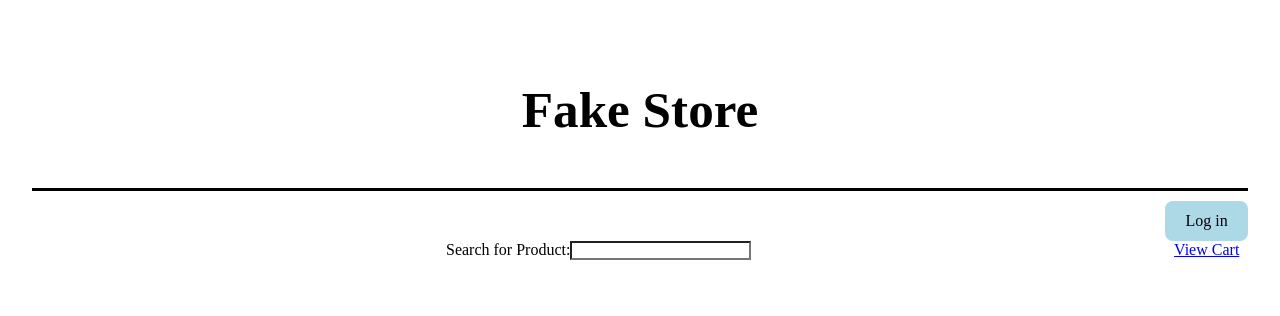
Repository: Andres513/CapStone
Page: /
These files come from the project's save history. The page is drawn as it stood at one moment and after the next save; the edit follows.
The browser window is 1280 px wide. The pictures show the whole page.
The page's requests for data from a server got no answer. The project was rebuilt for these pictures with package versions that can differ from the ones it lists, and the page was loaded fresh each time. No one was signed in, and anything a server would have sent is missing. Also part of the build but not shown: vite.config.js, src/components/Login.jsx, src/components/Cart.jsx, src/components/SingleProduct.jsx, src/components/ProductsByCategory.jsx, src/components/LoggedOut.jsx, src/components/Checkout.jsx.

Above is the page before, as saved 2024-04-11 11:26:58.

### index.html
<!doctype html>
<html lang="en">
  <head>
    <meta charset="UTF-8" />
    <link rel="icon" type="image/svg+xml" href="/vite.svg" />
    <meta name="viewport" content="width=device-width, initial-scale=1.0" />
    <title>Fake Store!</title>
  </head>
  <body>
    <div id="root"></div>
    <script type="module" src="/src/main.jsx"></script>
  </body>
</html>

### src/App.jsx
import { useState } from 'react'
import FetchProducts from './components/FetchProducts'
import './App.css'
import { Routes, Route } from 'react-router-dom'
import Login from './components/Login'
import SingleProduct from './components/SingleProduct'
import ProductsByCategories from './components/ProductsByCategory'
import Cart from './components/Cart'
import { CartProvider } from './components/CartContext'
import LogOut from './components/LoggedOut'
import Checkout from './components/Checkout'

function App() {
  const [token, setToken] = useState(null)
  const [products, setProducts] = useState([])
  const [price, setPrice] = useState('')
  const [email, setEmail] = useState('')
  const [password, setPassword] = useState('')
  const [isLoggedIn, setIsLoggedIn] = useState(false)
  const [loggedOut, setLoggedOut] = useState(false)

  const handleSetToken = (newToken) => {
    setToken(newToken)
    setIsLoggedIn(true)
  }
  const handleSetProducts = (newProducts) => {
    setProducts(newProducts)
  }
  const handleSetPrice = (newPrice) => {
    setPrice(newPrice)
  }
  const handleLogout = () => {
    setToken(null)
    setIsLoggedIn(false)
    setLoggedOut(true)
  }
  return (

    <CartProvider isLoggedIn={isLoggedIn}>
      <>
        <Routes>
          <Route path="/login" element={<Login token={token} setToken={handleSetToken} email={email} setEmail={setEmail} password={password} setPassword={setPassword} isLoggedIn={isLoggedIn} setIsLoggedIn={setIsLoggedIn} handleLogout={handleLogout} />} />
          <Route path="/" element={<FetchProducts token={token} setToken={handleSetToken} products={products} setProducts={handleSetProducts} price={price} setPrice={handleSetPrice} isLoggedIn={isLoggedIn} handleLogout={handleLogout} loggedOut={loggedOut} setLoggedOut={setLoggedOut} />} />
          <Route path="/products/:id" element={<SingleProduct token={token} isLoggedIn={isLoggedIn} />} />
          <Route path="/category/:category" element={<ProductsByCategories products={products} setProduct={handleSetProducts} />} />
          <Route path="/cart" element={<Cart isLoggedIn={isLoggedIn} />} />
          <Route path="/logout" element={<LogOut />} />
          <Route path="/checkout" element={<Checkout/>}/>
        </Routes>
      </>
    </CartProvider>
  )
}

export default App

### src/index.css

* {
  margin: 0;
  padding: 0;
  box-sizing: border-box;
}
h1 {
  font-size: 3.2em;
  line-height: 1.1;
  padding-top: 50px;
  padding-bottom: 50px;
  border-bottom: 3px solid black;
}
input {
  background-color: white;
}
img {
  width: 70%;
  height: 70%;
}
.single-product > img {
  height: 60%;
  width: 60%;
  padding-top: 50px;
  padding-bottom: 50px;
}
.items-container {
  display: grid;
  grid-template-columns: repeat(auto-fill, minmax(330px, 1fr));
  grid-gap: 75px;
  padding-top: 50px;
}
.item {
  background-color: aliceblue;
  box-shadow: 5px 5px lightblue;
  transition: all .2s ease-in-out;
}
.item:hover {
  transform: scale(1.1);
}
.category-buttons {
  padding-bottom: 50px;
}
.category-container {
  display: grid;
  grid-template-columns: repeat(auto-fill, minmax(330px, 1fr));
  grid-gap: 100px;
  padding-top: 50px;

}
.category-item {
  transition: all .2s ease-in-out;
  background-color: aliceblue;
  box-shadow: 5px 5px lightblue;
}
.category-item:hover {
  transform: scale(1.1);
}
button {
  border-radius: 8px;
  border: 1px solid transparent;
  padding: 0.6em 1.2em;
  margin-top: 10px;
  font-size: 1em;
  font-weight: 500;
  font-family: inherit;
  background-color: lightblue;
  cursor: pointer;
  transition: border-color 0.25s;
  transition: all .2s ease-in-out;
}
button:hover {
  transform: scale(1.1);
}
.navbar {
  float: right
}

### src/components/FetchProducts.jsx
import { useEffect, useState } from "react"
import { Link } from "react-router-dom"
import Login from "./Login"
import Categories from "./Categories"
import Cart from "./Cart"
import { useCart } from "./CartContext"

export default function FetchProducts({ products, setProducts, price, setPrice, token, setToken, isLoggedIn, setIsLoggedIn, handleLogout, loggedOut }) {
    const [error, setError] = useState(null)
    const [searched, setSearched] = useState('')
    const [addedToCart, setAddedToCart] = useState(false);
    const { cart, setCart } = useCart()

    useEffect(() => {
        async function fetchProducts() {
            try {
                const response = await fetch('https://fakestoreapi.com/products')
                const result = await response.json()
                setProducts(result)
                setPrice(result.price)
                console.log(result)
            } catch (error) {
                setError(error.message)
            }
        }
        fetchProducts()
    }, [])

    const searchedProduct = products.filter((product) => {
        return product.title.toLowerCase().includes(searched.toLowerCase());
    });

    console.log(isLoggedIn)
    return (
        <>
            <h1>Fake Store</h1>
            <nav className="navbar">
                {isLoggedIn ? (
                    <>
                        <Link to="/logout"><button onClick={handleLogout}>Log out</button><br /></Link>

                    </>
                ) : (
                    <Link to="/login"><button>Log in</button></Link>
                )}
                <br /><Link to="/cart">View Cart</Link>
            </nav>

            <Categories products={products} />
            <label className="search-bar">Search for Product:
                <input type="text" value={searched} onChange={(e) => setSearched(e.target.value)} />
            </label><br />

            <div className="items-container">
                {searchedProduct.map((product) => (
                    <div key={product.id} className="item">
                        <h3>{product.title}</h3>
                        <img src={product.image} alt={product.title} /><br />

                        <Link to={`/products/${product.id}`}>View Details</Link>

                    </div>
                ))}

            </div>
        </>
    )
}

### src/components/CartContext.jsx


import { createContext, useContext, useState, useEffect } from "react";

const CartContext = createContext()

export const useCart = () => useContext(CartContext)

export const CartProvider = ({ children }) => {
    const [cart, setCart] = useState(() => {
        const storedCart = localStorage.getItem('cart');
        return storedCart ? JSON.parse(storedCart) : [];
    });

    useEffect(() => {
        localStorage.setItem('cart', JSON.stringify(cart));
    }, [cart]);

    return (
        <CartContext.Provider value={{ cart, setCart }}>
            {children}
        </CartContext.Provider>
    )
}

### src/components/Categories.jsx
import { useState, useEffect } from "react";
import { Link } from "react-router-dom";

export default function Categories({ products }) {
    const [categories, setCategories] = useState([])

    useEffect(() => {
        async function fetchCategories() {
            try {
                const response = await fetch('https://fakestoreapi.com/products/categories')
                const result = await response.json()
                setCategories(result)
                console.log(categories)
            } catch (error) {
                console.error(error)
            }
        } fetchCategories()
    }, [])

    const filteredCategories = (category) => {
        return products.filter(product => product.category === category)
    }

    return (
        <div>
            <div className="category-buttons">
                {categories.map((category, index) => (
                    <button key={index}>
                        <Link to={`/category/${category}`}>{category}</Link>
                    </button>
                ))}
            </div>
        </div>
    );
}

Loaded but not shown: src/main.jsx (common file); src/App.css (common file)

After the next save:
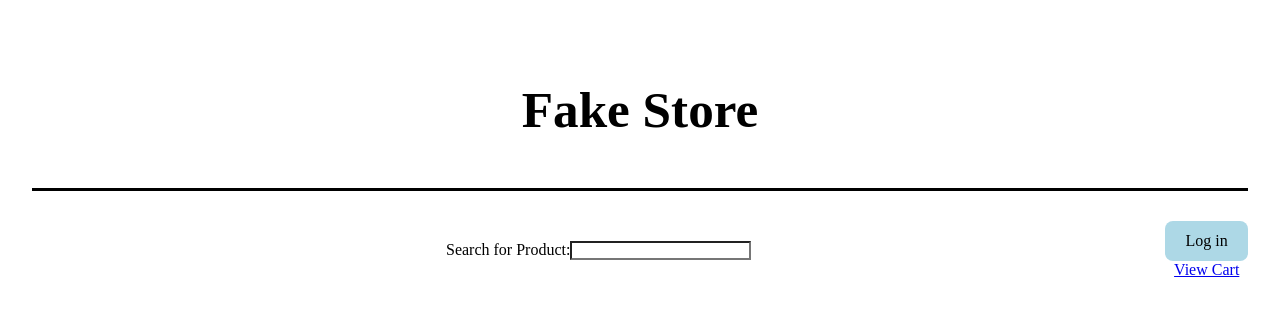
Saved 5 s later.
--- a/src/index.css
+++ b/src/index.css
@@ -60,7 +60,7 @@ button {
   border-radius: 8px;
   border: 1px solid transparent;
   padding: 0.6em 1.2em;
-  margin-top: 10px;
+  margin-top: 30px;
   font-size: 1em;
   font-weight: 500;
   font-family: inherit;
